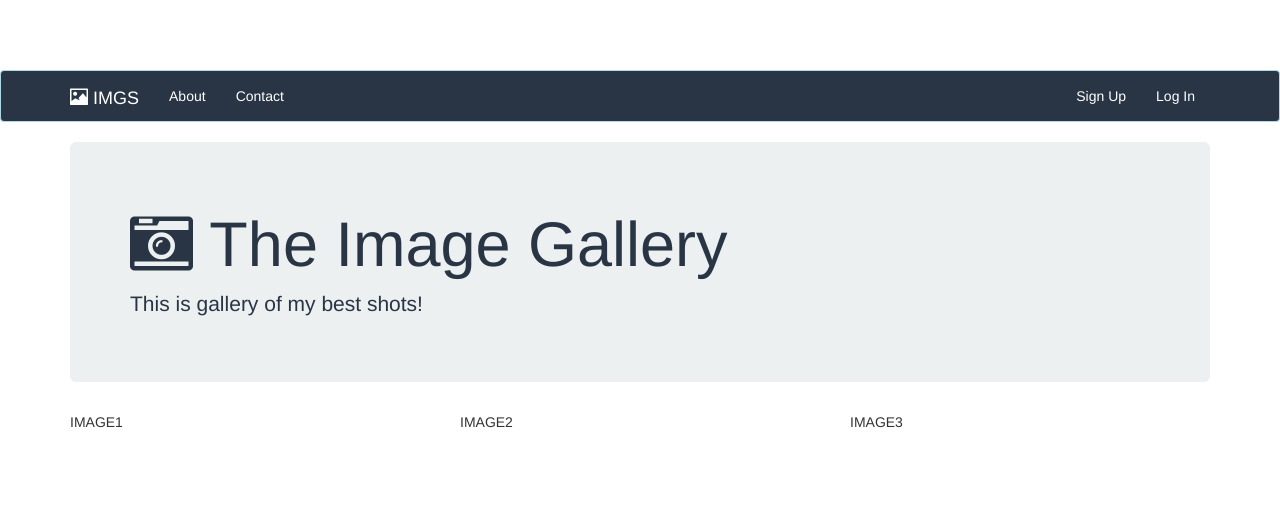
Repository: mmaurice/WebDev
Page: ImageGallery/workspace/gallery.html
The author's editor kept a record of every edit. The page is drawn from the files as they stood at one moment, then again after the next edit.
The browser window is 1280 px wide. The pictures show the whole page.

Above is the page before.

### ImageGallery/workspace/gallery.html
<!DOCTYPE html>
<html>
<head>
	<title>Image Gallery</title>
	<link rel="stylesheet" href="https://maxcdn.bootstrapcdn.com/bootstrap/3.3.7/css/bootstrap.min.css" integrity="sha384-BVYiiSIFeK1dGmJRAkycuHAHRg32OmUcww7on3RYdg4Va+PmSTsz/K68vbdEjh4u" crossorigin="anonymous">
	<link rel="stylesheet" href="https://cdnjs.cloudflare.com/ajax/libs/font-awesome/4.7.0/css/font-awesome.min.css">
	<link rel="stylesheet" type="text/css" href="styles.css">
</head>
<body>

<nav class="navbar navbar-default">
  <div class="container">
    <!-- Brand and toggle get grouped for better mobile display -->
    <div class="navbar-header">
      <button type="button" class="navbar-toggle collapsed" data-toggle="collapse" data-target="#bs-example-navbar-collapse-1" aria-expanded="false">
        <span class="sr-only">Toggle navigation</span>
        <span class="icon-bar"></span>
        <span class="icon-bar"></span>
        <span class="icon-bar"></span>
      </button>
      <div class="brand-icon">
        <a class="navbar-brand" href="#">
          <span class="glyphicon glyphicon-picture"></span>
          IMGS
        </a>
      </div>

    </div>

    <!-- Collect the nav links, forms, and other content for toggling -->
    <div class="collapse navbar-collapse" id="bs-example-navbar-collapse-1">
      <ul class="nav navbar-nav">
        <li><a href="#">About</a></li>
        <li><a href="#">Contact</a></li>
      </ul>
      <ul class="nav navbar-nav navbar-right">
        <li><a href="#">Sign Up</a></li>
        <li><a href="#">Log In</a></li>
      </ul>
    </div><!-- /.navbar-collapse -->
  </div><!-- /.container -->
</nav>

<div class="container">
  <div class="jumbotron">
    <h1>
      <span class="fa fa-camera-retro"></span>
      The Image Gallery
    </h1>
    <p>This is gallery of my best shots!</p>
  </div>
</div>

<div class="container">
  <div class="row">
    <div class="col-md-4">
      <p>IMAGE1</p>
    </div>
    <div class="col-md-4">
      <p>IMAGE2</p>
    </div>
    <div class="col-md-4">
      <p>IMAGE3</p>
    </div>
  </div>

</div>


<script
  src="https://code.jquery.com/jquery-3.3.1.js"
  integrity="sha256-2Kok7MbOyxpgUVvAk/HJ2jigOSYS2auK4Pfzbm7uH60="
  crossorigin="anonymous"></script>
<script
  src="https://maxcdn.bootstrapcdn.com/bootstrap/3.3.7/js/bootstrap.min.js"
  integrity="sha384-Tc5IQib027qvyjSMfHjOMaLkfuWVxZxUPnCJA7l2mCWNIpG9mGCD8wGNIcPD7Txa"
  crossorigin="anonymous"></script>
</body>
</html>

### ImageGallery/workspace/styles.css
/*.navbar-default{*/
/*	background-color: #4682B4;*/
/*}*/

/* Title */
/*.navbar-default .navbar-brand {*/
/*    color: white;*/
/*}*/

/*.navbar-default .navbar-brand:hover,*/
/*.navbar-default .navbar-brand:focus {*/
/*    color: #E6E6FA;*/
/*}*/

/*.navbar-default .navbar-nav > li > a {*/
/*    color: white;*/
/*}*/
/*.navbar-default .navbar-nav > li > a:hover,*/
/*.navbar-default .navbar-nav > li > a:focus {*/
/*    color: #E6E6FA;*/
/*}*/
body{
  padding-top: 70px;
}

.navbar-default {
  background-color: #293445;
  border-color: #add8e6;
}
.navbar-default .navbar-brand {
  color: #ffffff;
}
.navbar-default .navbar-brand:hover,
.navbar-default .navbar-brand:focus {
  color: #e6e6fa;
}
.navbar-default .navbar-text {
  color: #ffffff;
}
.navbar-default .navbar-nav > li > a {
  color: #ffffff;
}
.navbar-default .navbar-nav > li > a:hover,
.navbar-default .navbar-nav > li > a:focus {
  color: #e6e6fa;
  background-color: #8094b3;
  border-radius: 5px;
}
.navbar-default .navbar-nav > .active > a,
.navbar-default .navbar-nav > .active > a:hover,
.navbar-default .navbar-nav > .active > a:focus {
  color: #e6e6fa;
  background-color: #add8e6;
}
.navbar-default .navbar-nav > .open > a,
.navbar-default .navbar-nav > .open > a:hover,
.navbar-default .navbar-nav > .open > a:focus {
  color: #e6e6fa;
  background-color: #add8e6;
}
.navbar-default .navbar-toggle {
  border-color: #add8e6;
}
.navbar-default .navbar-toggle:hover,
.navbar-default .navbar-toggle:focus {
  background-color: #add8e6;
}
.navbar-default .navbar-toggle .icon-bar {
  background-color: #ffffff;
}
.navbar-default .navbar-collapse,
.navbar-default .navbar-form {
  border-color: #ffffff;
}
.navbar-default .navbar-link {
  color: #ffffff;
}
.navbar-default .navbar-link:hover {
  color: #e6e6fa;
}

@media (max-width: 767px) {
  .navbar-default .navbar-nav .open .dropdown-menu > li > a {
    color: #ffffff;
  }
  .navbar-default .navbar-nav .open .dropdown-menu > li > a:hover,
  .navbar-default .navbar-nav .open .dropdown-menu > li > a:focus {
    color: #e6e6fa;
  }
  .navbar-default .navbar-nav .open .dropdown-menu > .active > a,
  .navbar-default .navbar-nav .open .dropdown-menu > .active > a:hover,
  .navbar-default .navbar-nav .open .dropdown-menu > .active > a:focus {
    color: #e6e6fa;
    background-color: #add8e6;
  }
}

/*.brand-icon{*/
/*	font-family: "Helvetica Neue", Helvetica, Arial, sans-serif;*/
/*	padding-bottom: 10px;*/
/*}*/

.jumbotron{
	color: #293445;
	font-weight: 800;
	background: #ecf0f1;
}

After the next edit:
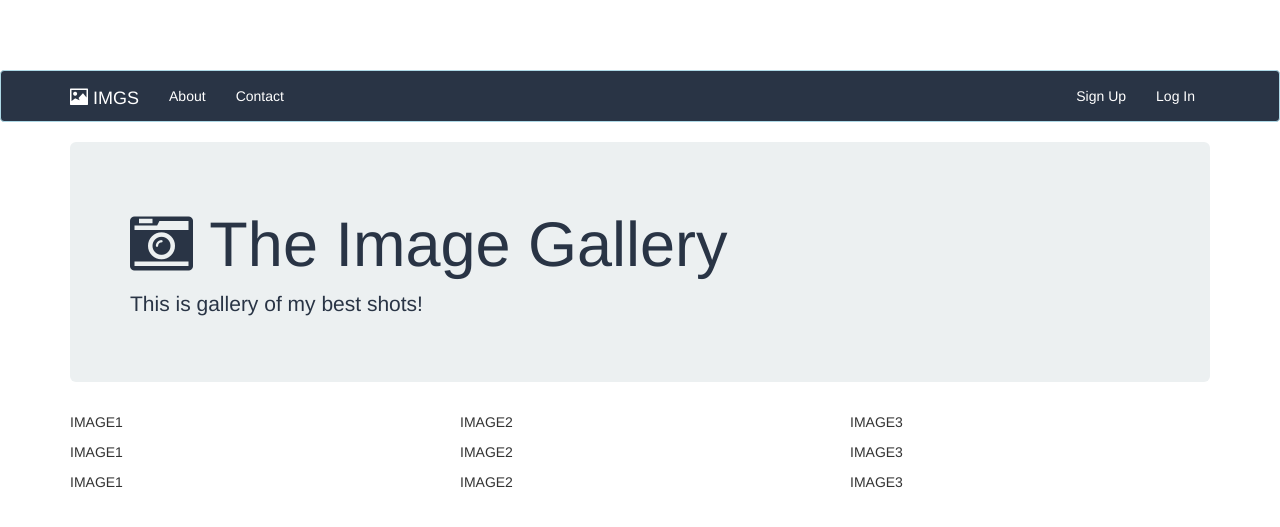
The edit:
--- a/ImageGallery/workspace/gallery.html
+++ b/ImageGallery/workspace/gallery.html
@@ -63,7 +63,28 @@
       <p>IMAGE3</p>
     </div>
   </div>
-
+  <div class="row">
+    <div class="col-md-4">
+      <p>IMAGE1</p>
+    </div>
+    <div class="col-md-4">
+      <p>IMAGE2</p>
+    </div>
+    <div class="col-md-4">
+      <p>IMAGE3</p>
+    </div>
+  </div>
+  <div class="row">
+    <div class="col-md-4">
+      <p>IMAGE1</p>
+    </div>
+    <div class="col-md-4">
+      <p>IMAGE2</p>
+    </div>
+    <div class="col-md-4">
+      <p>IMAGE3</p>
+    </div>
+  </div>
 </div>
 
 
